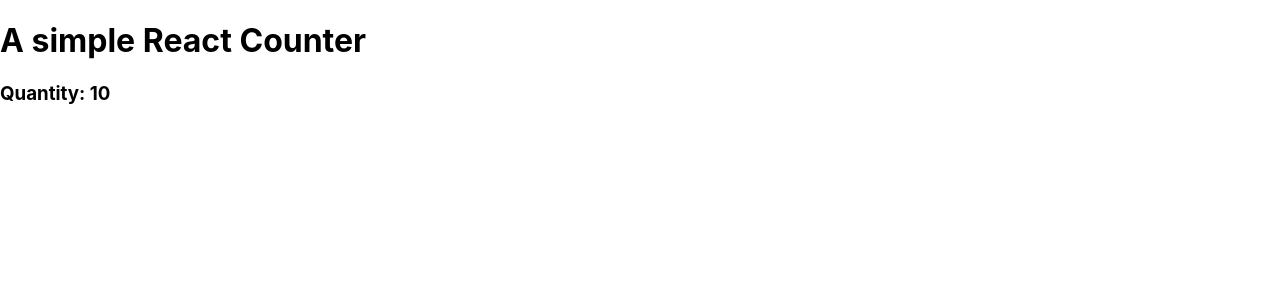
Repository: qudos4real/altschool-second-sem
Page: /counter
The author's editor kept a copy of each file at every save. The page is drawn from the files as they stood at one save, then again after the next save.
The browser window is 1280 px wide. The pictures show the whole page.
The project was rebuilt for these pictures with package versions that can differ from the ones it lists, and the page was loaded fresh each time. Also part of the build but not shown: src/App.css.

Above is the page before, as saved 2022-11-02 21:36:00.

### src/App.js
import Counter from './Counter';
import './App.css';



function App() {

  return (
    <>
    <h1>
      A simple React Counter
    </h1>
    <Counter />
    </>

  );
}

export default App;

### src/Counter.js
import React from 'react'
import { useState } from 'react';

const useCounter = (initialValue) => {
    const [count, setCount] = useState(initialValue);
    const increment = () => { setCount(count + 1) };
    const decrement = () => { setCount(count - 1) };
    const reset = () => { setCount(initialValue) };
    return { count, increment, decrement, reset };

}


function Counter() {
    const quantity = useCounter(10);
    return (
        <div>
            <h3>
            Quantity: {quantity.count}
            </h3>
        </div>
    )
}

export default Counter

Loaded but not shown: public/index.html (common file); src/index.js (common file); src/index.css (common file); src/reportWebVitals.js (common file)

After the next save:
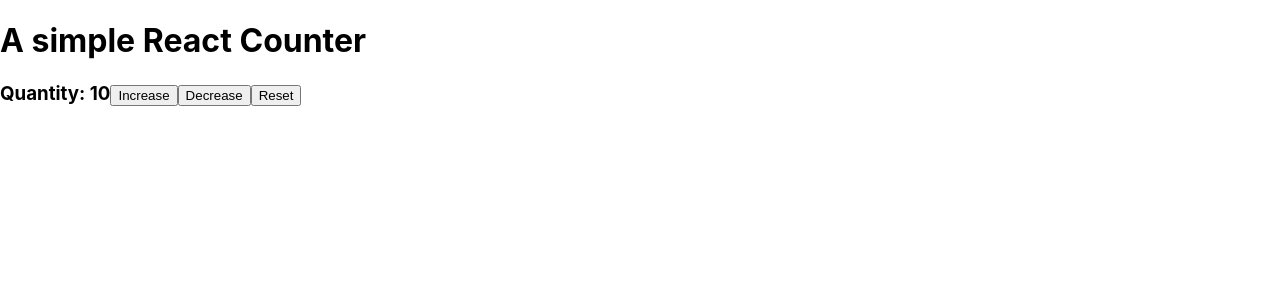
Saved 62 s later.
--- a/src/Counter.js
+++ b/src/Counter.js
@@ -17,6 +17,10 @@
         <div>
             <h3>
             Quantity: {quantity.count}
+            <button>Increase</button>
+            <button>Decrease</button>
+            <button>Reset</button>
+
             </h3>
         </div>
     )
